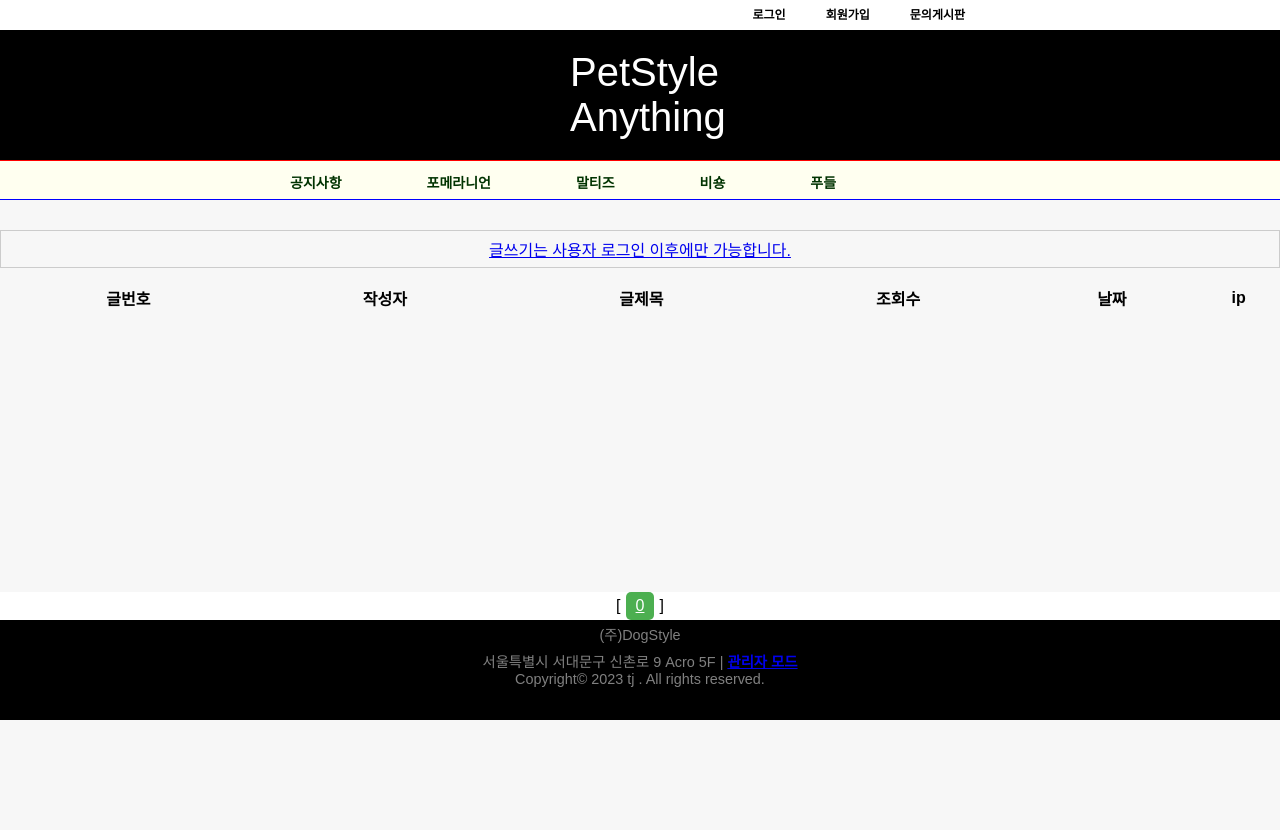
Repository: kdkk2000/Project
Page: http://localhost/petstyle/board/boardList.jsp
An editor plug-in stored every save of this project. The page is shown before and after the next save, followed by the edit.
The browser window is 1280 px wide. The pictures show the whole page.
The page is served by Tomcat 9. Other server files are loaded and not shown. The template is opened directly, without the code that normally fills it, so the values that code supplies are empty.

Above is the page before, as saved 2023-03-28 01:44:33.

### petstyle/WebContent/board/boardList.jsp
<%@ page language="java" contentType="text/html; charset=UTF-8"
    pageEncoding="UTF-8"%>
<%@ taglib prefix="c" uri="http://java.sun.com/jsp/jstl/core" %>
<%@ taglib prefix="fmt" uri="http://java.sun.com/jsp/jstl/fmt"%>
<c:set var="conPath" value="${pageContext.request.contextPath }"/>
<!DOCTYPE html>
<html>
<head>
	<meta charset="UTF-8">
	<title>Insert title here</title>
	<link href="${conPath}/css/boardStyle.css" rel="stylesheet">
	<style>
		#content_form {
			height:600px;
			margin: 30px auto 0px;
		}
		#content_form table tr { height: 10px;}
	</style>
	<script src="https://code.jquery.com/jquery-3.6.4.js"></script>
	<script>
		$(document).ready(function(){
			$('tr').click(function(){
				var boardId = Number($(this).children().eq(0).text()); // 0번째 td안의 있는 text;
				//alert(boardId);
				if(!isNaN(boardId)){
					location.href = '${conPath}/boardContent.do?boardId='+boardId+'&pageNum=${pageNum}';
				}
			});
		});
	</script>
</head>
<body>
	<c:if test="${not empty boardResult }">
		<script>alert('${boardResult}');</script>
	</c:if>
	<jsp:include page="../main/header.jsp"/>
		<div id="content_form">
		<table>
<tr>
    <td>
        <c:choose>
            <c:when test="${not empty user}">
                <a href="${conPath}/boardWriteView.do">글쓰기</a>
            </c:when>
            <c:otherwise>
                <a href="${conPath}/loginView.do?next=boardWriteView.do">글쓰기는 사용자 로그인 이후에만 가능합니다.</a>
            </c:otherwise>
        </c:choose>
    </td>
</tr>
		</table>
		<br>
		<table>
			<tr><th>글번호</th><th>작성자</th><th>글제목</th><th>조회수</th>
					<th>날짜</th><th>ip</th></tr>
			<c:if test="${totCnt==0 }">
				<tr><td colspan="6">등록된 글이 없습니다</td></tr>
			</c:if>
			<c:if test="${totCnt!=0 }">
				<c:forEach items="${boardList }" var="board">
					<tr><td>${board.boardId }</td>
							<td>${board.userName }</td>
							<td class="left">
								<c:forEach var="i" begin="1" end="${board.boardIndent }">
									<c:if test="${i==board.boardIndent }">└─</c:if>
									<c:if test="${i!=board.boardIndent }"> &nbsp; &nbsp; </c:if>
								</c:forEach>
								${board.boardTitle } <!-- 글제목에 a태그를 걸지 말고 query로 tr을 클릭하면 상세보기 페이지로 가기 -->
								<c:if test="${not empty board.boardFileName }">
									<img src="https://cdn-icons-png.flaticon.com/512/5088/5088374.png" width="10">
								</c:if>
							</td>
							<td>${board.boardHit }</td>
							<td><fmt:formatDate value="${board.boardDate }" type="date" dateStyle="short"/></td>
							<td>${board.boardIp }</td>
					</tr>
				</c:forEach>
			</c:if>
		</table>
		<div class="paging">
			<c:if test="${startPage > BLOCKSIZE }">
				[ <a href="${conPath }/boardList.do?pageNum=${startPage-1}"> 이전 </a> ]
			</c:if>
			<c:forEach var="i" begin="${startPage }" end="${endPage }">
				<c:if test="${i == pageNum }">
					<b> [ ${i } ] </b>
				</c:if>
				<c:if test="${i != pageNum }">
					[ <a href="${conPath }/boardList.do?pageNum=${i}"> ${i } </a> ]
				</c:if>
			</c:forEach>
			<c:if test="${endPage<pageCnt }">
			  [ <a href="${conPath }/boardList.do?pageNum=${endPage+1}"> 다음 </a> ]
			</c:if>
		</div>
	</div>
	<jsp:include page="../main/footer.jsp"/>
</body>
</html>

### petstyle/WebContent/main/header.jsp
<%@ page language="java" contentType="text/html; charset=UTF-8"
    pageEncoding="UTF-8"%>
<%@taglib prefix="c" uri="http://java.sun.com/jsp/jstl/core"%>
<%@taglib prefix="fmt" uri="http://java.sun.com/jsp/jstl/fmt" %>
<c:set var="conPath" value="${pageContext.request.contextPath }"/>
<!DOCTYPE html>
<html>
<head>
<meta charset="UTF-8">
<title>Insert title here</title>
<style>
	*{padding:0; margin: 0;}
	header {
		background-color: black; font-size: 10pt; color: white;
	}
	header a {text-decoration: none; font-weight: bold;}
	header li {list-style: none;}
	header .gnb {
	    width: 100%;
	    background-color: white;
	    margin-left: auto;
	}
	header .gnb ul {
		overflow: hidden;
		width:700px;
		height: 30px;
		line-height: 30px;
		margin: 0 auto;
	}
	header .gnb ul li {	float: right; margin-right:10px;}
	header .gnb a {
		color : black;
		font-size: 0.9em;
		display: block;
		padding-left:15px;
		padding-right:15px;
	}
	header .gnb a:hover {
		font-size: 1.2em;
  		background-color: black;
  		color: white;
	}

	header .logo{
		width:140px; text-align:center;
		margin: 20px auto; font-size:3em;
		cursor: pointer;
	}
	header .lnb {
		background-color: ivory;
	  	width: 100%; height: 40px;
	  	border-top: 1px solid red;
		border-bottom: 1px solid blue;
		position:relative; /*서브메뉴가 main영역 위로 */
	}
	header .lnb ul{
		text-align:center;
		overflow: hidden;
		width:800px;
		margin: 0 auto;
	}
	header .lnb ul>li {
		font-weight: bold;
		font-size: 14px;
		margin: 5px;
		margin-left: 20px;
		float:left;
		padding:5px 30px;
		line-height: 25px;
	}
	header .lnb li:hover {
  		background-color: black;
  		color: white;
	}
	header .lnb a {
		color : white;
		font-size: 0.9em;
		display: block;
		padding-left:15px;
		padding-right:15px;
	}
	header .lnb a:hover {
  		background-color: yellow;
  		color: black;
	}
	header .lnb li {color: #003300;}
	header .lnb ul li .subMenu {display:none;}
	header .lnb ul li:hover .subMenu {display: block; margin: 10px 0 0 0;}
</style>
</head>
<body>
<header>
	<c:if test="${empty user and empty admin}"> <%-- 로그인 전 화면 --%>
		<div class="gnb">
			<ul>
				<li><a href="${conPath }/boardList.do">문의게시판</a></li>
				<li><a href="${conPath }/joinView.do">회원가입</a></li>
				<li><a href="${conPath }/loginView.do">로그인</a></li>
			</ul>
		</div>
		<div class="logo" onclick="location.href='${conPath}/main.do'">
			PetStyle Anything
		</div>
		<div class="lnb">
			<ul>
				<li>공지사항
					<ol class="subMenu">
						<li><a href="#">공지사항</a></li>
					</ol>
				</li>
				<li>포메라니언
					<ol class="subMenu">
						<li><a href="#">곰돌이컷</a></li>
						<li><a href="#">물개컷</a></li>
						<li><a href="#">포메컷</a></li>
						<li><a href="#">라이언컷</a></li>
						<li><a href="#">풀코트</a></li>
					</ol>
				</li>
				<li>말티즈
					<ol class="subMenu">
						<li><a href="#">알밤컷</a></li>
						<li><a href="#">곰돌이컷</a></li>
						<li><a href="#">베이비컷 </a></li>
						<li><a href="#">무스타슈 </a></li>
					</ol>
				</li>
				<li>비숑
					<ol class="subMenu">
						<li><a href="#">하이바컷</a></li>
						<li><a href="#">귀툭튀컷</a></li>
					</ol>
				</li>
				<li>푸들
					<ol class="subMenu">
						<li><a href="#">양컷</a></li>
						<li><a href="#">몽키컷</a></li>
						<li><a href="#">브로콜리컷</a></li>
						<li><a href="#">테디베어컷</a></li>
						<li><a href="#">귀똑컷</a></li>
					</ol>
				</li>
			</ul>
		</div>
	</c:if>
	<c:if test="${not empty user and empty admin}"> <%-- 사용자 모드 로그인 화면--%>
		<div class="gnb">
			<ul>
				<li><a href="${conPath }/boardList.do">문의게시판</a></li>
				<li><a href="${conPath }/logout.do">로그아웃</a></li>
				<li><a href="${conPath }/modifyView.do">정보수정</a></li>
				<li><a>${user.userName }님 &nbsp; ▶</a></li>
			</ul>
		</div>
		<div class="logo" onclick="location.href='${conPath}/main.do'">
			PetStyle Anything
		</div>
		<div class="lnb">
			<ul>
				<li>공지사항
					<ol class="subMenu">
						<li><a href="#">공지사항</a></li>
					</ol>
				</li>
				<li>포메라니언
					<ol class="subMenu">
						<li><a href="#">곰돌이컷</a></li>
						<li><a href="#">물개컷</a></li>
						<li><a href="#">포메컷</a></li>
						<li><a href="#">라이언컷</a></li>
						<li><a href="#">풀코트컷</a></li>
					</ol>
				</li>
				<li>말티즈
					<ol class="subMenu">
						<li><a href="#">알밤컷</a></li>
						<li><a href="#">곰돌이컷</a></li>
						<li><a href="#">베이비컷 </a></li>
						<li><a href="#">무스타슈컷 </a></li>
					</ol>
				</li>
				<li>비숑
					<ol class="subMenu">
						<li><a href="#">하이바컷</a></li>
						<li><a href="#">귀툭튀컷</a></li>
					</ol>
				</li>
				<li>푸들
					<ol class="subMenu">
						<li><a href="#">양컷</a></li>
						<li><a href="#">몽키컷</a></li>
						<li><a href="#">브로콜리컷</a></li>
						<li><a href="#">테디베어컷</a></li>
						<li><a href="#">귀똑컷</a></li>
					</ol>
				</li>
			</ul>
		</div>
	</c:if>
	<c:if test="${empty user and not empty admin}"> <%-- 관리자 모드 로그인 화면--%>
		<div class="gnb">
			<ul>
				<li><a href="${conPath }/boardList.do">문의게시판</a></li>
				<li><a href="${conPath }/logout.do">관리자모드나가기</a></li>
				<li><a>${admin.adminName }님 &nbsp; ▶</a></li>
			</ul>
		</div>
		<div class="logo" onclick="location.href='${conPath}/main.do'">
			PetStyle Anything
		</div>
		<div class="lnb">
			<ul>
				<li>공지사항
					<ol class="subMenu">
						<li><a href="#">공지사항</a></li>
					</ol>
				</li>
				<li>포메라니언
					<ol class="subMenu">
						<li><a href="#">곰돌이컷</a></li>
						<li><a href="#">물개컷</a></li>
						<li><a href="#">포메컷</a></li>
						<li><a href="#">라이언컷</a></li>
						<li><a href="#">풀코트</a></li>
					</ol>
				</li>
				<li>말티즈
					<ol class="subMenu">
						<li><a href="#">알밤컷</a></li>
						<li><a href="#">곰돌이컷</a></li>
						<li><a href="#">베이비컷 </a></li>
						<li><a href="#">무스타슈 </a></li>
					</ol>
				</li>
				<li>비숑
					<ol class="subMenu">
						<li><a href="#">하이바컷</a></li>
						<li><a href="#">귀툭튀컷</a></li>
					</ol>
				</li>
				<li>푸들
					<ol class="subMenu">
						<li><a href="#">양컷</a></li>
						<li><a href="#">몽키컷</a></li>
						<li><a href="#">브로콜리컷</a></li>
						<li><a href="#">테디베어컷</a></li>
						<li><a href="#">귀똑컷</a></li>
					</ol>
				</li>
			</ul>
		</div>
	</c:if>
</header>
</body>
</html>

### petstyle/WebContent/main/footer.jsp
<%@ page language="java" contentType="text/html; charset=UTF-8"
    pageEncoding="UTF-8"%>
<%@taglib prefix="c" uri="http://java.sun.com/jsp/jstl/core"%>
<%@taglib prefix="fmt" uri="http://java.sun.com/jsp/jstl/fmt" %>
<c:set var="conPath" value="${pageContext.request.contextPath }"/>
<!DOCTYPE html>
<html>
<head>
<meta charset="UTF-8">
<title>Insert title here</title>
	<style>
	footer {
		position: fixed;
		bottom: 0;
		height: 100px;
		background-color: black;
		width: 100%;
	}

	#footer_conts {
		color: gray;
		font-size: 0.9em;
		text-align: center;
		margin: 0 auto;
		width: 80%;
	}

	#footer_conts p:first-child {
		height: 30px;
		line-height: 30px;
	}
</style>
</head>
<body>
	<footer>
		<div id="footer_conts">
			<p>(주)DogStyle</p>
			<p>서울특별시 서대문구 신촌로 9 Acro 5F | <b><a href="${conPath }/adminLoginView.do">관리자 모드</a></b></p>
			<p>Copyright© 2023 tj . All rights reserved.</p>
		</div>
	</footer>
</body>
</html>

### petstyle/WebContent/css/boardStyle.css
@charset "UTF-8";
* {
	margin: 0;
  	padding: 0;
  	box-sizing: border-box;
}

body {
  	font-family: Arial, sans-serif;
  	background-color: #f7f7f7;
}

.container {
  	max-width: 500px;
  	margin: 0 auto;
  	padding: 20px;
}

h1 {
  	font-size: 32px;
  	font-weight: bold;
  	margin-bottom: 20px;
}

form {
  	background-color: #fff;
  	border: 1px solid #ccc;
  	padding: 20px;
}

form input[type="text"], form textarea {
  	width: 100%;
  	padding: 10px;
  	margin-bottom: 10px;
  	border: 1px solid #ccc;
  	border-radius: 5px;
}

form input[type="file"] {
  	margin-top: 10px;
}

form input[type="submit"], form input[type="reset"], form input[type="button"] {
  	display: inline-block;
  	padding: 10px 20px;
  	margin-right: 10px;
  	border: none;
  	border-radius: 5px;
  	background-color: #4CAF50;
  	color: #fff;
  	cursor: pointer;
}

form input[type="submit"]:hover, form input[type="reset"]:hover, form input[type="button"]:hover {
  	background-color: #3e8e41;
}

table {
  	width: 100%;
  	border-collapse: collapse;
}

table td {
  	padding: 6px;
  	border: 1px solid #ccc;
  	text-align: center;
  	cursor: pointer;
}
.paging {
  display: flex;
  justify-content: center;
  align-items: center;
  margin-top: 20px;
  position: fixed;
  bottom: 100px;
  left: 0;
  right: 0;
  background-color: #fff;
  z-index: 1;
}

.paging a, .paging b {
  display: inline-block;
  margin: 0 5px;
  padding: 5px 10px;
  background-color: #4CAF50;
  color: #fff;
  border-radius: 5px;
}

.paging a:hover {
  background-color: #3e8e41;
}

.paging b {
  background-color: #eee;
  color: #444;
}

After the next save:
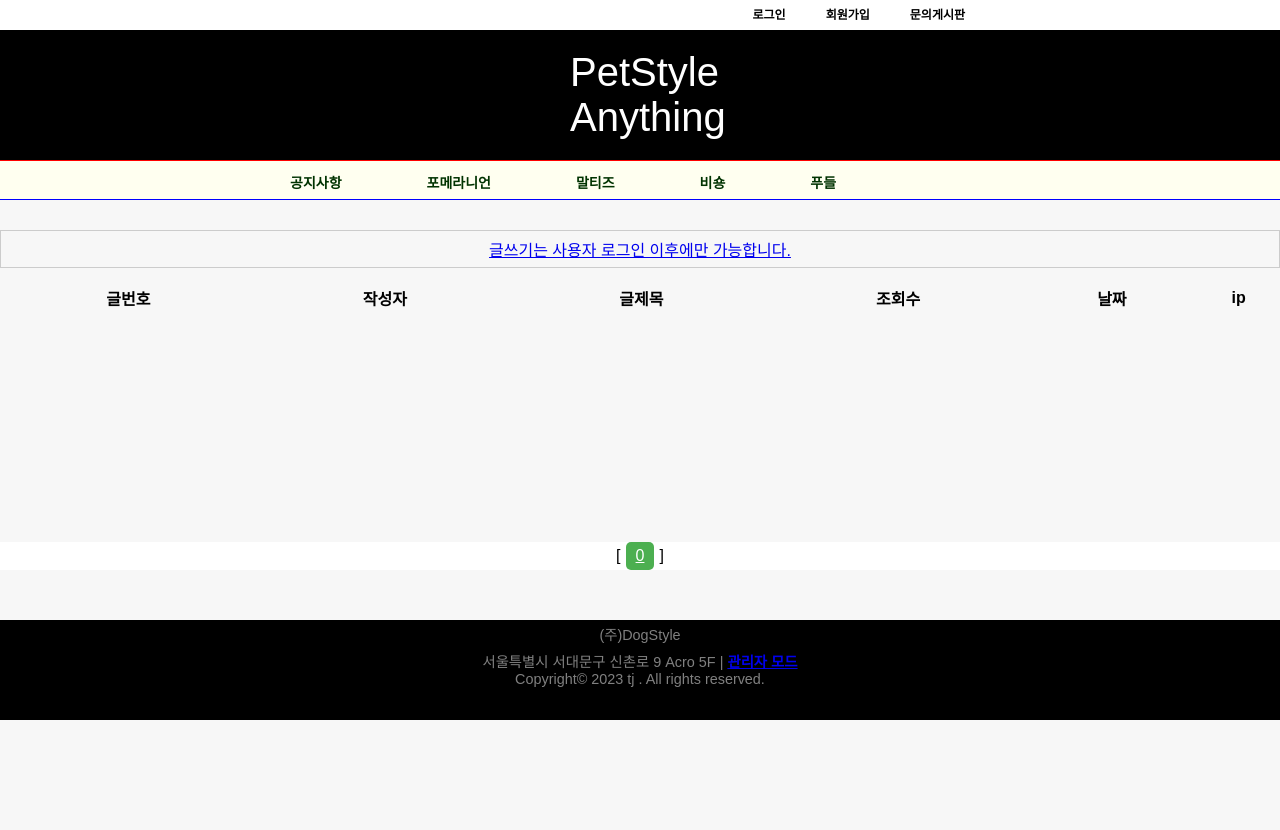
Saved 7 s later.
--- a/petstyle/WebContent/css/boardStyle.css
+++ b/petstyle/WebContent/css/boardStyle.css
@@ -72,7 +72,7 @@ table td {
   align-items: center;
   margin-top: 20px;
   position: fixed;
-  bottom: 100px;
+  bottom: 150px;
   left: 0;
   right: 0;
   background-color: #fff;
